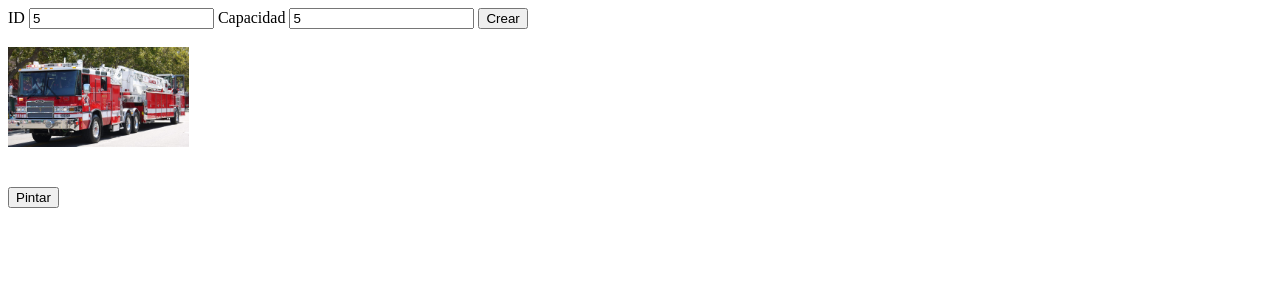
Repository: Robin-Rivadeneira/prueva_pablo
Page: index.html
These files come from the project's save history. The page is drawn as it stood at one moment and after a run of saves; the edit follows.
The browser window is 1280 px wide. The pictures show the whole page.
Empty fields were first filled with sample values (such as "Sample", 5 or name@example.com).
After loading, the first visible `button` was clicked once.

Above is the page before, as saved 2020-01-16 09:16:37.

After the next 2 saves:
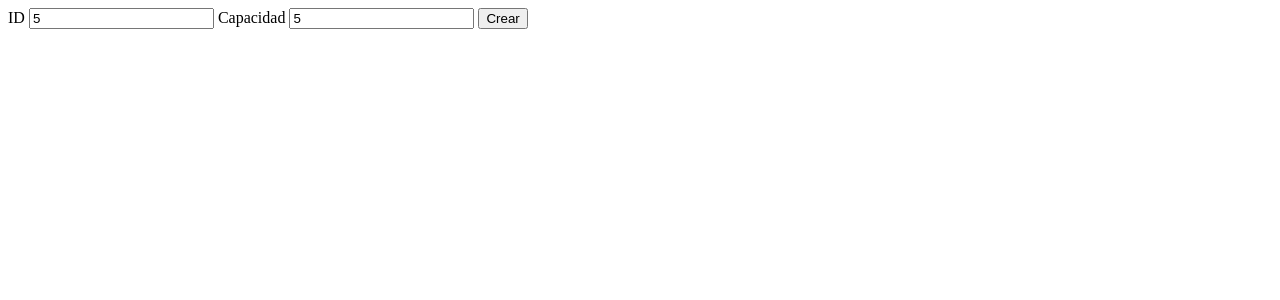
Console error: SyntaxError: Unexpected token '='
The 2 saves are shown as one change because they came seconds apart.
The last was saved 70 s later.
--- a/js/Motobomba.js
+++ b/js/Motobomba.js
@@ -40,7 +40,7 @@
         console.log(this.id)
         console.log(this.capacidad)
         document.getElementById('img').innerHTML='<img src="img/camion.jpg" windth="130px" height="100px">'
-        document.getElementById('pintar').innerHTML='<button type="button" id="estado" onclick="moto.toString()">Pintar</button>'
+        var =document.getElementById('pintar').innerHTML='<button type="button" id="estado" onclick="moto.toString()">Pintar</button>'
     }
 }
 

After the save that followed:
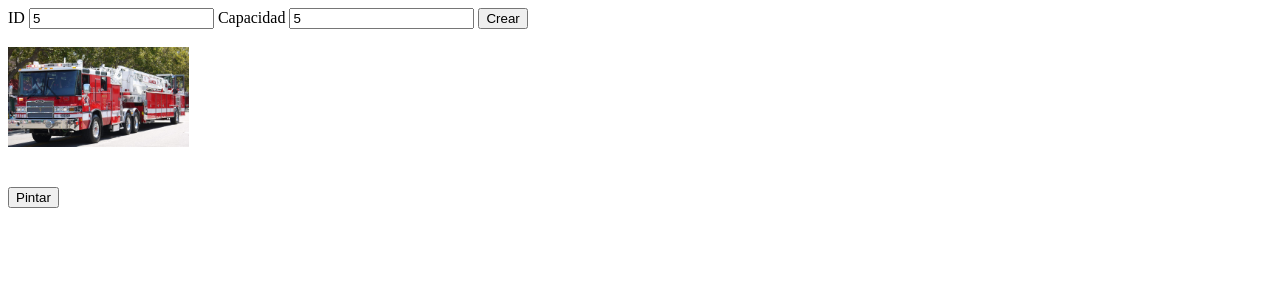
The error is gone.
Saved 4 s later.
--- a/js/Motobomba.js
+++ b/js/Motobomba.js
@@ -40,7 +40,7 @@
         console.log(this.id)
         console.log(this.capacidad)
         document.getElementById('img').innerHTML='<img src="img/camion.jpg" windth="130px" height="100px">'
-        var =document.getElementById('pintar').innerHTML='<button type="button" id="estado" onclick="moto.toString()">Pintar</button>'
+        var boton= document.getElementById('pintar').innerHTML='<button type="button" id="estado" onclick="moto.toString()">Pintar</button>'
     }
 }
 
